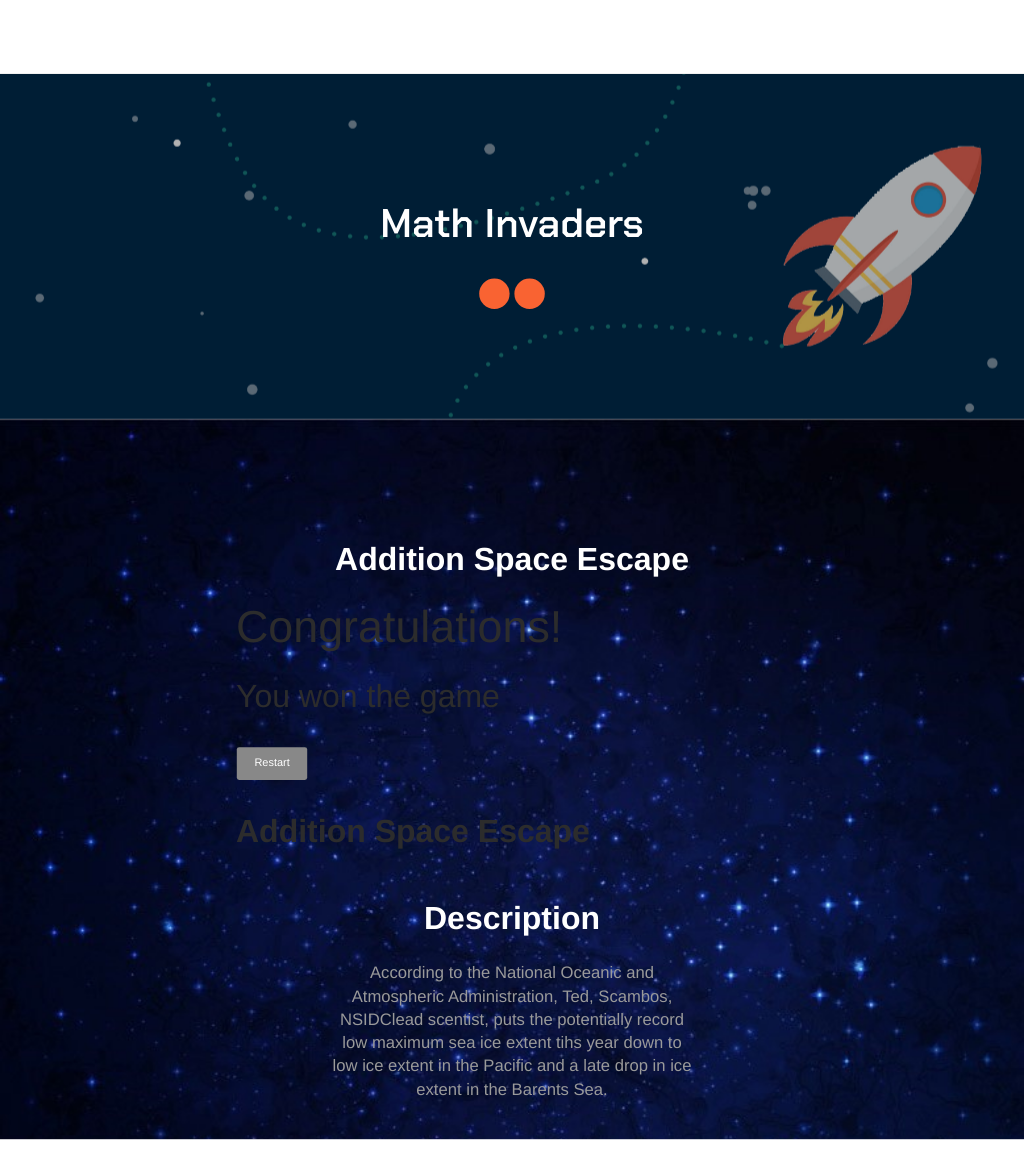
Repository: kkyler24/MathInvader
Page: index.html
These files come from the project's save history. The page is drawn as it stood at one moment and after the next save; the edit follows.
The browser window is 1280 px wide. The pictures show the whole page, at 80% of full size.
Some web libraries are served in a nearby version.

Above is the page before, as saved 2020-07-19 18:23:19.

### index.html
<!DOCTYPE html>
<html lang="en">
  <head>
    <!-- Required meta tags -->
    <meta charset="utf-8" />
    <meta
      name="viewport"
      content="width=device-width, initial-scale=1, shrink-to-fit=no"
    />

    <!-- Bootstrap CSS -->
    <link
      rel="stylesheet"
      href="https://maxcdn.bootstrapcdn.com/bootstrap/4.0.0/css/bootstrap.min.css"
      integrity="sha384-Gn5384xqQ1aoWXA+058RXPxPg6fy4IWvTNh0E263XmFcJlSAwiGgFAW/dAiS6JXm"
      crossorigin="anonymous"
    />
    <link href="../assets/css/now-ui-kit.css?v=1.2.0" rel="stylesheet" />
    <link
      href="https://fonts.googleapis.com/css2?family=Chakra+Petch:wght@600&display=swap"
      rel="stylesheet"
    />
    <link href="./jsFolder/index.css" rel="stylesheet" />

    <title>Math Invaders</title>
  </head>
  <!-- Navbar -->
  <body class="burger-menu">
    <div id="mainBody">
      <nav
        id="marginb"
        class="navbar navbar-expand-lg fixed-top navbar-transparent"
      >
        <div class="container">
          <a class="navbar-brand" href="#">MCLA</a>
          <div class="separator separator-primary"></div>
          <button
            class="navbar-toggler"
            type="button"
            data-toggle="collapse"
            data-target="#navbarNav"
            aria-controls="navbarNav"
            aria-expanded="false"
            aria-label="Toggle navigation"
          >
            <span class="navbar-toggler-icon"></span>
          </button>
          <div class="collapse navbar-collapse" id="navbarNav">
            <ul class="navbar-nav">
              <li class="nav-item active">
                <a class="nav-link" href="#"
                  >Home <span class="sr-only">(current)</span></a
                >
              </li>
              <li class="nav-item">
                <a class="nav-link" href="#">About Us</a>
              </li>
              <li class="nav-item">
                <a class="nav-link" href="#">Games</a>
              </li>
              <li class="nav-item">
                <a class="nav-link" href="#">Log In</a>
              </li>
            </ul>
          </div>
        </div>
      </nav>
      <div id="wrapper">
        <div class="page-header page-header-small">
          <div class="page-header-image" data-parallax="true"></div>
          <div class="content-center">
            <div class="container">
              <h1 id="titleG" class="title">Math Invaders</h1>
              <div class="text-center">
                <a href="#pablo" class="btn btn-primary btn-icon btn-round">
                  <i class="fab fa-facebook-square"></i>
                </a>
                <a href="#pablo" class="btn btn-primary btn-icon btn-round">
                  <i class="fab fa-twitter"></i>
                </a>
              </div>
            </div>
          </div>
        </div>
      </div>
      <div id="backgroundSection" class="section section-about-us">
        <div class="container">
          <div class="section-story-overview">
            <h2 class="title text-center gameT">Addition Space Escape</h2>
              <div class="game-wrapper">
<div class="Game"></div>
<div class="congratulations">
    <h1>Congratulations!</h1>
    <h2>You won the game</h2>
    <button class="btn" onclick="window.location.reload()">Restart</button>
              </div>
            <h2 class="title">Addition Space Escape</h2>

          </div>
            <div class="separator separator-primary"></div>
            <div class="row">
                <div class="col-md-8 ml-auto mr-auto text-center">
                    <h2 class="title gameT">Description</h2>
                    <h5 class="description">According to the National Oceanic and Atmospheric Administration, Ted, Scambos, NSIDClead scentist, puts the potentially record low maximum sea ice extent tihs year down to low ice extent in the Pacific and a late drop in ice extent in the Barents Sea.</h5>
                </div>
            </div>

                    </div>
                </div>
            </div>
        </div>
    </div>
    </div>
    <!-- Optional JavaScript -->
    <!-- jQuery first, then Popper.js, then Bootstrap JS -->
    <script
      src="https://code.jquery.com/jquery-3.2.1.slim.min.js"
      integrity="sha384-KJ3o2DKtIkvYIK3UENzmM7KCkRr/rE9/Qpg6aAZGJwFDMVNA/GpGFF93hXpG5KkN"
      crossorigin="anonymous"
    ></script>
    <script
      src="https://cdnjs.cloudflare.com/ajax/libs/popper.js/1.12.9/umd/popper.min.js"
      integrity="sha384-ApNbgh9B+Y1QKtv3Rn7W3mgPxhU9K/ScQsAP7hUibX39j7fakFPskvXusvfa0b4Q"
      crossorigin="anonymous"
    ></script>
    <script
      src="https://maxcdn.bootstrapcdn.com/bootstrap/4.0.0/js/bootstrap.min.js"
      integrity="sha384-JZR6Spejh4U02d8jOt6vLEHfe/JQGiRRSQQxSfFWpi1MquVdAyjUar5+76PVCmYl"
      crossorigin="anonymous"
    ></script>
    <script src="../assets/js/plugins/bootstrap-switch.js"></script>
    <script
      src="../assets/js/plugins/nouislider.min.js"
      type="text/javascript"
    ></script>
    <script
      src="../assets/js/plugins/bootstrap-datepicker.js"
      type="text/javascript"
    ></script>
    <script
      src="../assets/js/now-ui-kit.js?v=1.2.0"
      type="text/javascript"
    ></script>
    <script src="./jsFolder/Aliens.js"></script>
    <script src="./jsFolder/tokens.js"></script>
    <script src="./jsFolder/Ship.js"></script>
  </body>
</html>

### jsFolder/index.css
html,
body {
  font-size: 16px;
  columns: #222b3f;
}
/*  navbar*/

.navbar.navbar-transparent {
  background-color: transparent !important;
  box-shadow: none;
  color: #fff;
  padding-top: 20px !important;
}

.fixed-top {
  position: fixed;
  top: 0;
  right: 0;
  left: 0;
  z-index: 1030;
}
#navbarNav {
  justify-content: flex-end;
}

#marginb {
  margin-bottom: 20px !important;
}
.navbar {
  position: relative;
  display: flex;
  flex-wrap: wrap;
  align-items: center;
  justify-content: space-between;
  padding: 0.5rem 1rem;
  padding-top: 0.625rem;
  padding-bottom: 0.625rem;
  min-height: 53px;
}

a {
  color: #222b3f;
  text-decoration: none;
  background-color: transparent;
}

.container {
  width: 100%;
  padding-right: 15px;
  padding-left: 15px;
  margin-right: auto;
  margin-left: auto;
}

.button-dropdown {
  padding-right: 0.7rem;
  cursor: pointer;
}

.navbar.navbar-transparent {
  background-color: transparent !important;
  color: #fff;
}

.dropdown {
  position: relative;
}

.navbar > .container {
  display: flex;
  flex-wrap: wrap;
  align-items: center;
  justify-content: space-between;
}

.gameT {
  color: #fff;
}
#titleG {
  font-family: "Chakra Petch", sans-serif;
  font-size: 50px;
  font-weight: 700;
  padding-top: 30px;
}
/*  container */

.page-header.page-header-small {
  min-height: 60vh;
  max-height: 440px;
}

.page-header {
  padding: 0;
  color: #fff;
  position: relative;
  overflow: hidden;
}

.page-header .page-header-image {
  position: absolute;
  background-size: cover;
  background-position: 50%;
  width: 100%;
  height: 100%;
  z-index: -1;
}
.page-header-image {
  background-image: url("./pictures/MathApics/kidsbackgroundspace.png");
  transform: translate3d(0px, 0px, 0px);
}

.navbar-toggler:not(:disabled):not(.disabled) {
  cursor: pointer;
}

.content-center {
  position: absolute;
  top: 50%;
  left: 50%;
  z-index: 2;
  transform: translate(-50%, -50%);
  text-align: center;
  color: #fff;
  padding: 0 15px;
  width: 100%;
  max-width: 880px;
}

.text-center {
  text-align: center !important;
}

.page-header .container {
  height: 100%;
  z-index: 1;
  text-align: center;
  position: relative;
}

.section {
  padding: 70px 0;
  position: relative;
  background: #fff;
}

.row {
  display: flex;
  flex-wrap: wrap;
  margin-right: -15px;
  margin-left: -15px;
}

.ml-auto,
.mx-auto {
  margin-left: auto !important;
}
.mr-auto,
.mx-auto {
  margin-right: auto !important;
}

.col-md-8 {
  position: relative;
  width: 100%;
  padding-right: 15px;
  padding-left: 15px;
}
h2 {
  margin-bottom: 30px;
  line-height: 1.2;
}

#backgroundSection {
  background-image: url("./pictures/MathApics/spaceship/cosmicgalaxbluebackground.jpg");
  background-repeat: no-repeat;
  background-size: cover;
  width: 100%;
  height: 900px;
}

/* media Queries */

@media (min-width: 768px) {
  .col-md-8 {
    flex: 0 0 66.666667%;
    max-width: 66.666667%;
  }
}
@media (min-width: 768px) {
  .container {
    max-width: 720px;
  }
}

@media (min-width: 992px) {
  .navbar-expand-lg .navbar-toggler {
    display: none;
  }
}

@media (max-width: 991.98px) {
  .navbar-expand-lg > .container {
    padding-right: 0;
    padding-left: 0;
  }
}

@media (min-width: 768px) {
  .container {
    max-width: 720px;
  }
}

@media screen and (max-width: 991px) {
  .button-dropdown {
    display: none;
  }
}

@media (min-width: 992px) {
  .navbar-expand-lg .navbar-toggler {
    display: none;
  }
}

@media screen and (max-width: 991px) {
  .sidebar-collapse .wrapper {
    transition: all 0.5s cubic-bezier(0.685, 0.0473, 0.346, 1);
  }
}

### jsFolder/UIAssets/now-ui-kit-master/assets/js/now-ui-kit.js
/*!

 =========================================================
 * Now UI Kit - v1.3.0
 =========================================================

 * Product Page: https://www.creative-tim.com/product/now-ui-kit
 * Copyright 2019 Creative Tim (http://www.creative-tim.com)

 * Designed by www.invisionapp.com Coded by www.creative-tim.com

 =========================================================

 * The above copyright notice and this permission notice shall be included in all copies or substantial portions of the Software.

 */


var transparent = true;
var big_image;

var transparentDemo = true;
var fixedTop = false;

var navbar_initialized,
  backgroundOrange = false,
  toggle_initialized = false;

var nowuiKit,
  $navbar,
  scroll_distance,
  oVal;

$(document).ready(function() {
  //  Activate the Tooltips
  $('[data-toggle="tooltip"], [rel="tooltip"]').tooltip();

  // Activate Popovers and set color for popovers
  $('[data-toggle="popover"]').each(function() {
    color_class = $(this).data('color');
    $(this).popover({
      template: '<div class="popover popover-' + color_class + '" role="tooltip"><div class="arrow"></div><h3 class="popover-header"></h3><div class="popover-body"></div></div>'
    });
  });

  // Activate the image for the navbar-collapse
  nowuiKit.initNavbarImage();

  $navbar = $('.navbar[color-on-scroll]');
  scroll_distance = $navbar.attr('color-on-scroll') || 500;

  // Check if we have the class "navbar-color-on-scroll" then add the function to remove the class "navbar-transparent" so it will transform to a plain color.

  if ($('.navbar[color-on-scroll]').length != 0) {
    nowuiKit.checkScrollForTransparentNavbar();
    $(window).on('scroll', nowuiKit.checkScrollForTransparentNavbar)
  }

  $('.form-control').on("focus", function() {
    $(this).parent('.input-group').addClass("input-group-focus");
  }).on("blur", function() {
    $(this).parent(".input-group").removeClass("input-group-focus");
  });

  // Activate bootstrapSwitch
  $('.bootstrap-switch').each(function() {
    $this = $(this);
    data_on_label = $this.data('on-label') || '';
    data_off_label = $this.data('off-label') || '';

    $this.bootstrapSwitch({
      onText: data_on_label,
      offText: data_off_label
    });
  });

  if ($(window).width() >= 992) {
    big_image = $('.page-header-image[data-parallax="true"]');

    $(window).on('scroll', nowuiKitDemo.checkScrollForParallax);
  }

  // Activate Carousel
  $('.carousel').carousel({
    interval: 4000
  });

  $('.date-picker').each(function() {
    $(this).datepicker({
      templates: {
        leftArrow: '<i class="now-ui-icons arrows-1_minimal-left"></i>',
        rightArrow: '<i class="now-ui-icons arrows-1_minimal-right"></i>'
      }
    }).on('show', function() {
      $('.datepicker').addClass('open');

      datepicker_color = $(this).data('datepicker-color');
      if (datepicker_color.length != 0) {
        $('.datepicker').addClass('datepicker-' + datepicker_color + '');
      }
    }).on('hide', function() {
      $('.datepicker').removeClass('open');
    });
  });


});

// Javascript just for Demo purpose, remove it from your project
nowuiKitDemo = {
  checkScrollForParallax: debounce(function() {
    var current_scroll = $(this).scrollTop();

    oVal = ($(window).scrollTop() / 3);
    big_image.css({
      'transform': 'translate3d(0,' + oVal + 'px,0)',
      '-webkit-transform': 'translate3d(0,' + oVal + 'px,0)',
      '-ms-transform': 'translate3d(0,' + oVal + 'px,0)',
      '-o-transform': 'translate3d(0,' + oVal + 'px,0)'
    });

  }, 6)

}

// Returns a function, that, as long as it continues to be invoked, will not
// be triggered. The function will be called after it stops being called for
// N milliseconds. If `immediate` is passed, trigger the function on the
// leading edge, instead of the trailing.

function debounce(func, wait, immediate) {
  var timeout;
  return function() {
    var context = this,
      args = arguments;
    clearTimeout(timeout);
    timeout = setTimeout(function() {
      timeout = null;
      if (!immediate) func.apply(context, args);
    }, wait);
    if (immediate && !timeout) func.apply(context, args);
  };
};

$(window).on('resize', function() {
  nowuiKit.initNavbarImage();
});

$(document).on('click', '.navbar-toggler', function() {
  $toggle = $(this);

  if (nowuiKit.misc.navbar_menu_visible == 1) {
    $('html').removeClass('nav-open');
    nowuiKit.misc.navbar_menu_visible = 0;
    $('#bodyClick').remove();
    setTimeout(function() {
      $toggle.removeClass('toggled');
    }, 550);
  } else {
    setTimeout(function() {
      $toggle.addClass('toggled');
    }, 580);
    div = '<div id="bodyClick"></div>';
    $(div).appendTo('body').click(function() {
      $('html').removeClass('nav-open');
      nowuiKit.misc.navbar_menu_visible = 0;
      setTimeout(function() {
        $toggle.removeClass('toggled');
        $('#bodyClick').remove();
      }, 550);
    });

    $('html').addClass('nav-open');
    nowuiKit.misc.navbar_menu_visible = 1;
  }
});

nowuiKit = {
  misc: {
    navbar_menu_visible: 0
  },

  checkScrollForTransparentNavbar: debounce(function() {
    if ($(document).scrollTop() > scroll_distance) {
      if (transparent) {
        transparent = false;
        $('.navbar[color-on-scroll]').removeClass('navbar-transparent');
      }
    } else {
      if (!transparent) {
        transparent = true;
        $('.navbar[color-on-scroll]').addClass('navbar-transparent');
      }
    }
  }, 17),

  initNavbarImage: function() {
    var $navbar = $('.navbar').find('.navbar-translate').siblings('.navbar-collapse');
    var background_image = $navbar.data('nav-image');

    if (background_image != undefined) {
      if ($(window).width() < 991 || $('body').hasClass('burger-menu')) {
        $navbar.css('background', "url('" + background_image + "')")
          .removeAttr('data-nav-image')
          .css('background-size', "cover")
          .addClass('has-image');
      } else {
        $navbar.css('background', "")
          .attr('data-nav-image', '' + background_image + '')
          .css('background-size', "")
          .removeClass('has-image');
      }
    }
  },

  initSliders: function() {
    // Sliders for demo purpose in refine cards section
    var slider = document.getElementById('sliderRegular');

    noUiSlider.create(slider, {
      start: 40,
      connect: [true, false],
      range: {
        min: 0,
        max: 100
      }
    });

    var slider2 = document.getElementById('sliderDouble');

    noUiSlider.create(slider2, {
      start: [20, 60],
      connect: true,
      range: {
        min: 0,
        max: 100
      }
    });
  }
}

// Javascript just for Demo purpose, remove it from your project
nowuiKitDemo = {
  checkScrollForParallax: debounce(function() {
    var current_scroll = $(this).scrollTop();

    oVal = ($(window).scrollTop() / 3);
    big_image.css({
      'transform': 'translate3d(0,' + oVal + 'px,0)',
      '-webkit-transform': 'translate3d(0,' + oVal + 'px,0)',
      '-ms-transform': 'translate3d(0,' + oVal + 'px,0)',
      '-o-transform': 'translate3d(0,' + oVal + 'px,0)'
    });

  }, 6)

}

// Returns a function, that, as long as it continues to be invoked, will not
// be triggered. The function will be called after it stops being called for
// N milliseconds. If `immediate` is passed, trigger the function on the
// leading edge, instead of the trailing.

function debounce(func, wait, immediate) {
  var timeout;
  return function() {
    var context = this,
      args = arguments;
    clearTimeout(timeout);
    timeout = setTimeout(function() {
      timeout = null;
      if (!immediate) func.apply(context, args);
    }, wait);
    if (immediate && !timeout) func.apply(context, args);
  };
};

Loaded but not shown: jsFolder/UIAssets/now-ui-kit-master/assets/css/now-ui-kit.css (library); jsFolder/UIAssets/now-ui-kit-master/assets/js/plugins/bootstrap-switch.js (library); jsFolder/UIAssets/now-ui-kit-master/assets/js/plugins/nouislider.min.js (library); jsFolder/UIAssets/now-ui-kit-master/assets/js/plugins/bootstrap-datepicker.js (library); jsFolder/Aliens.js (empty); jsFolder/tokens.js (empty); jsFolder/Ship.js (empty)

After the next save:
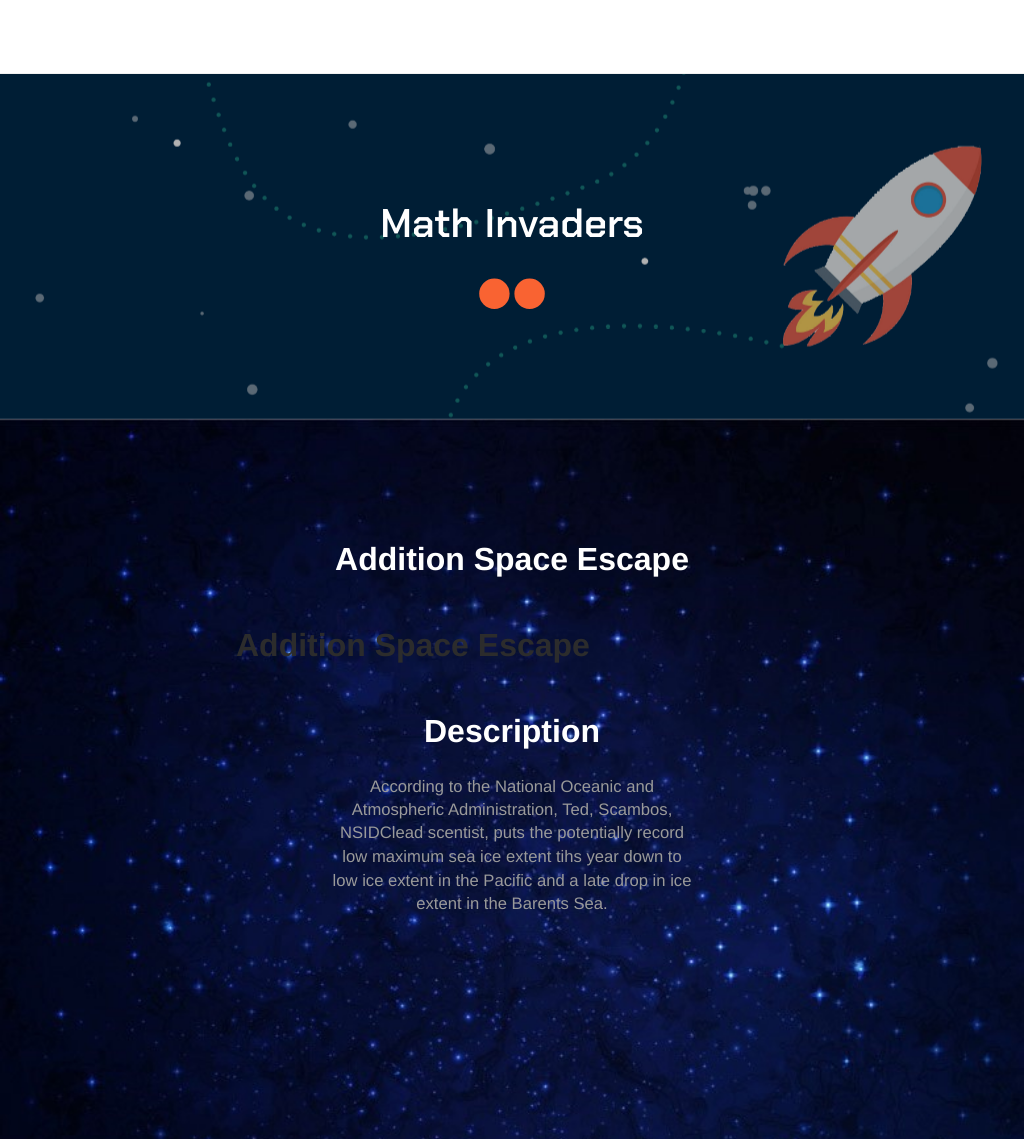
Saved 2 min 2 s later.
--- a/jsFolder/index.css
+++ b/jsFolder/index.css
@@ -178,6 +178,20 @@ h2 {
   height: 900px;
 }
 
+/* Game */
+
+.congratulations {
+  display: none;
+  position: absolute;
+  background: #c7a526;
+  color: white;
+  padding: 20px 50px;
+  box-shadow: 0 2px 10px rgba(0, 0, 0, 0.2);
+  border-radius: 10px;
+  text-align: center;
+  animation: pop-in 1s;
+}
+
 /* media Queries */
 
 @media (min-width: 768px) {
